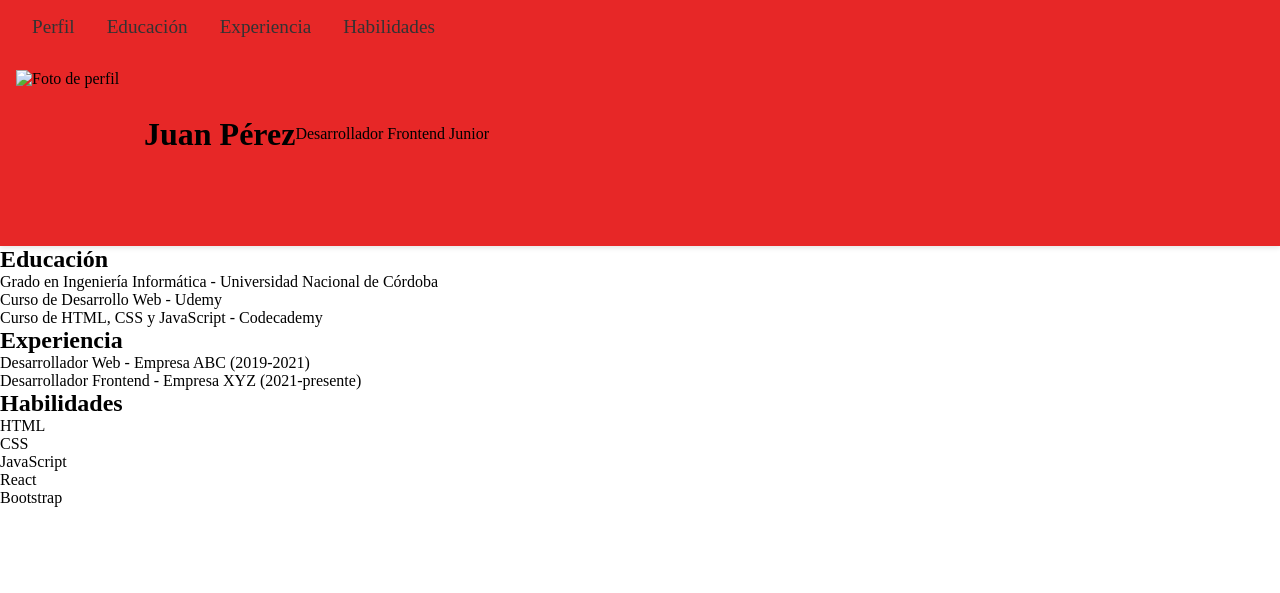
Repository: PabloSebastianPorto/Entrega-CV-1-ARG-PROG
Page: CVFINAL/CVArgProg.html
These files come from the project's save history. The page is drawn as it stood at one moment and after the next save; the edit follows.
The browser window is 1280 px wide. The pictures show the whole page.

Above is the page before, as saved 2023-02-22 18:48:53.
Not found: CVFINAL/foto-perfil.jpg
Not found: CVFINAL/script.js

After the next save:
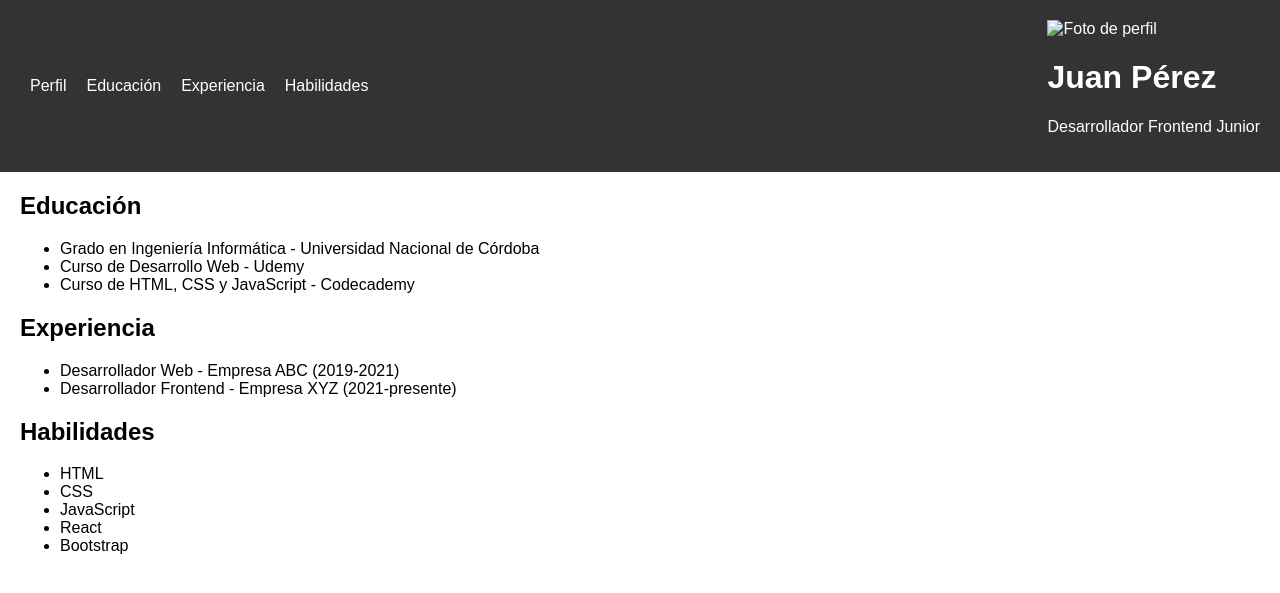
Saved 3 min 53 s later.
--- a/CVFINAL/estiloCV.css
+++ b/CVFINAL/estiloCV.css
@@ -1,46 +1,42 @@
-* {
+body {
+  font-family: Arial, sans-serif;
   margin: 0;
-  padding: 0;
-  box-sizing: border-box;
 }
 
 header {
-  background-color: #e72727;
-  box-shadow: 0 2px 5px rgba(0, 0, 0, 0.1);
-  padding: 1rem;
-  position: sticky;
-  top: 0;
-  z-index: 1;
+  background-color: #333;
+  color: #fff;
+  display: flex;
+  justify-content: space-between;
+  align-items: center;
+  padding: 20px;
 }
 
-nav {
-  display: flex;
-  justify-content: space-between;
+header a {
+  color: #fff;
+  text-decoration: none;
+  margin: 0 10px;
+}
+
+header a:hover {
+  text-decoration: underline;
 }
 
 nav ul {
+  list-style: none;
+  margin: 0;
+  padding: 0;
   display: flex;
-  list-style: none;
 }
 
-nav ul li a {
-  color: #333;
-  text-decoration: none;
-  padding: 1rem;
-  font-size: 1.2rem;
+nav ul li {
+  margin: 0;
 }
 
-nav ul li a:hover {
-  background-color: #f5f5f5;
+main {
+  margin: 20px;
 }
 
-.perfil {
-  display: flex;
-  align-items: center;
-  padding: 2rem 0;
+section {
+  margin-bottom: 0px;
 }
-
-.perfil img {
-  width: 8rem;
-  height: 8rem;
-}
